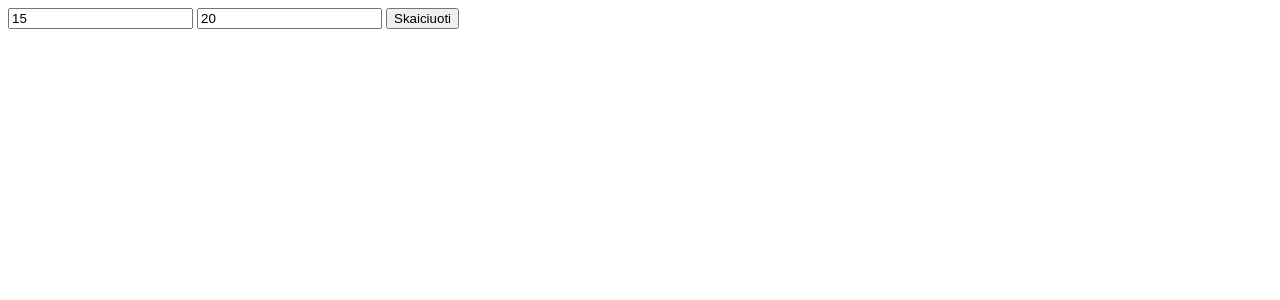
Repository: motiejus1/11-paskaita-PHP-05.31
Page: http://localhost/skaiciuotuvas.php
The author's editor kept a copy of each file at every save. The page is drawn from the files as they stood at one save, then again after the next save.
The browser window is 1280 px wide. The pictures show the whole page.
The page is run by PHP 8.4 with error messages shown; the project is at /var/www/html/.

Above is the page before, as saved 2021-08-09 20:20:14.

After the next save:
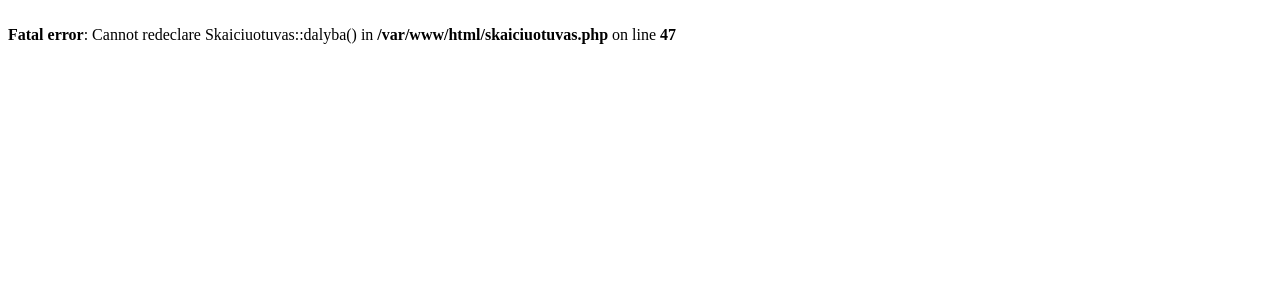
Saved 8 s later.
--- a/skaiciuotuvas.php
+++ b/skaiciuotuvas.php
@@ -44,6 +44,10 @@
 
     }
 
+    function dalyba() {
+
+    }
+
 }
 
 if(isset($_GET["skaiciuoti"])) {

After the save that followed:
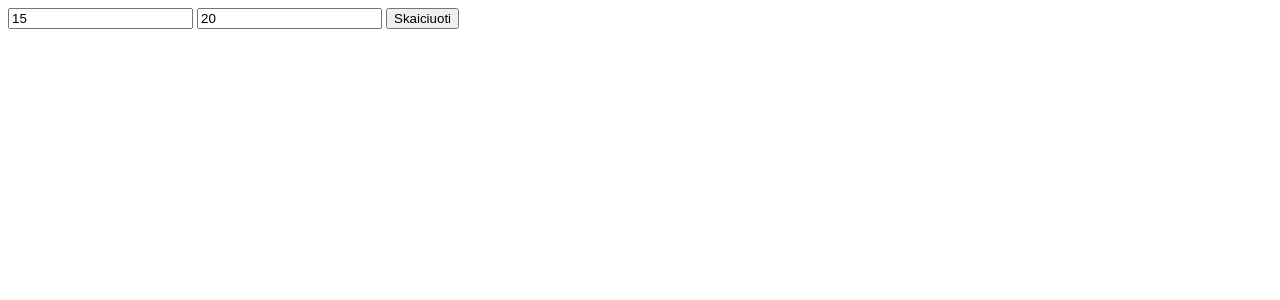
Saved 6 s later.
--- a/skaiciuotuvas.php
+++ b/skaiciuotuvas.php
@@ -44,7 +44,7 @@
 
     }
 
-    function dalyba() {
+    function dalybaSuLiekana() {
 
     }
 
